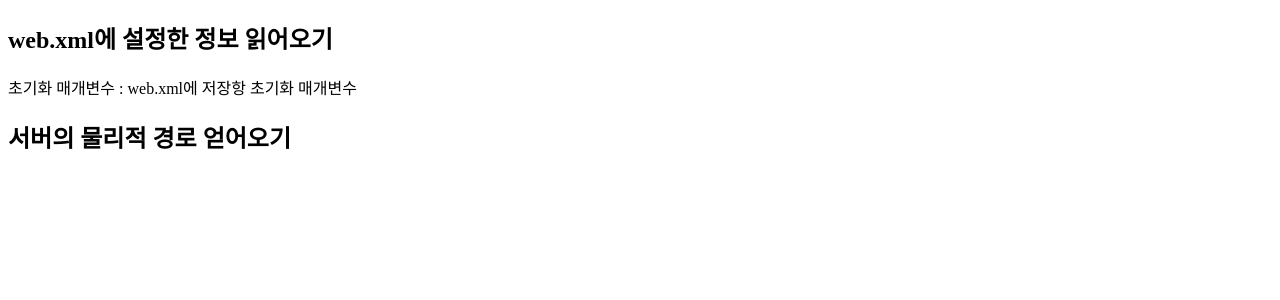
Repository: achul1026/jspStudy
Page: http://localhost/MustHaveJSP/02ImplicitObject/ApplicationMain.jsp
These files come from the project's save history. The page is drawn as it stood at one moment and after the next save; the edit follows.
The browser window is 1280 px wide. The pictures show the whole page.
The page is served by Tomcat 9.

Above is the page before, as saved 2022-09-21 13:18:39.

After the next save:
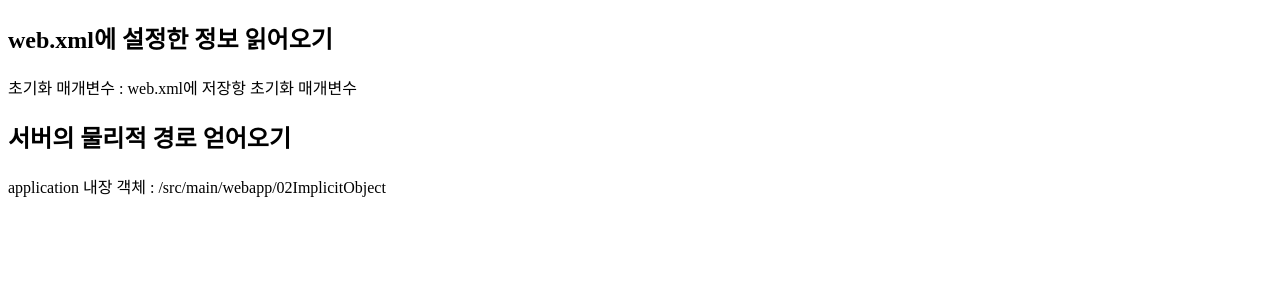
Saved 30 s later.
--- a/MustHaveJSP/src/main/webapp/02ImplicitObject/ApplicationMain.jsp
+++ b/MustHaveJSP/src/main/webapp/02ImplicitObject/ApplicationMain.jsp
@@ -10,5 +10,6 @@
 	초기화 매개변수 : <%=application.getInitParameter("INIT_PARAM") %>
 
 	<h2>서버의 물리적 경로 얻어오기</h2>
+	application 내장 객체 : <%=application.getRealPath("/02ImplicitObject") %>
 </body>
 </html>
